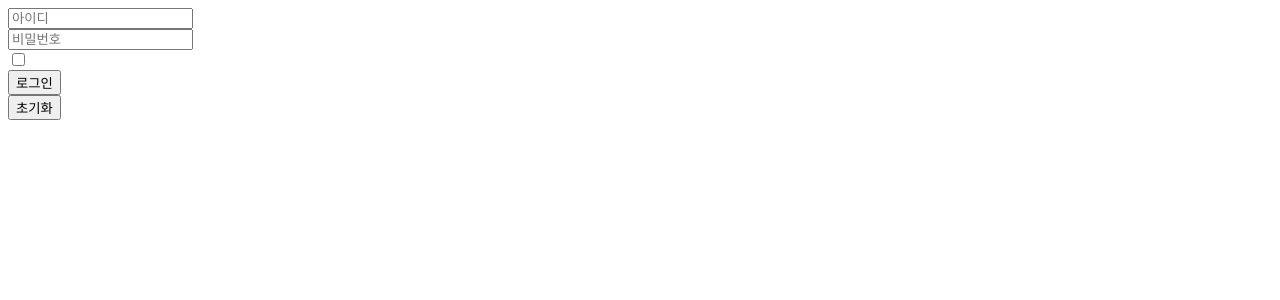
Repository: jjjjjjji-hun/jsp_practice
Page: http://localhost/JSPBasic/jspObject/3.cookie/cookie_login.jsp
The author's editor kept a copy of each file at every save. The page is drawn from the files as they stood at one save, then again after the next save.
The browser window is 1280 px wide. The pictures show the whole page.
The page is served by Tomcat 9.

Above is the page before, as saved 2022-02-07 01:54:07.

After the next save:
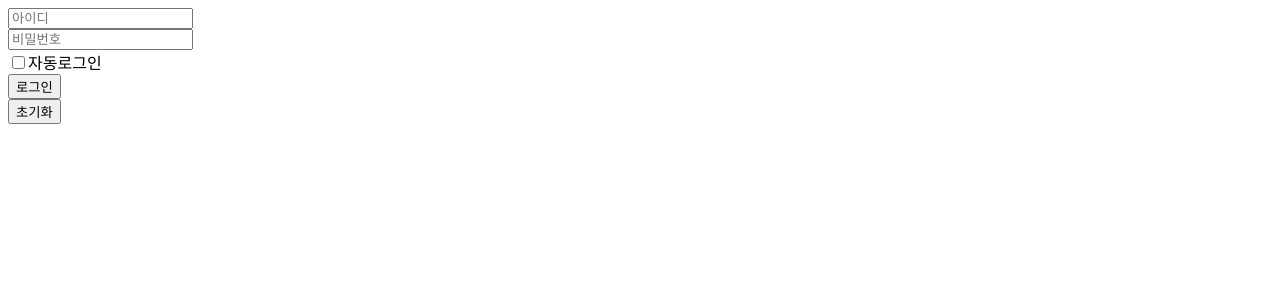
Saved 57 s later.
--- a/JSPBasic/src/main/webapp/jspObject/3.cookie/cookie_login.jsp
+++ b/JSPBasic/src/main/webapp/jspObject/3.cookie/cookie_login.jsp
@@ -21,7 +21,7 @@ input checkbox 1개 (자동로그인)
 	<form action="cookie_login_ok.jsp" method="post">
 	<input type="text" name="userId" placeholder="아이디"/><br/>
 	<input type="password" name="userPw" placeholder="비밀번호"/><br/>
-	<input type="checkbox" name="auto" value="자동로그인"/><br/>
+	<input type="checkbox" name="auto" value="자동로그인"/>자동로그인<br/>
 	<input type="submit" value="로그인"/><br/>
 	<input type="reset" value="초기화"/>
 	</form>
